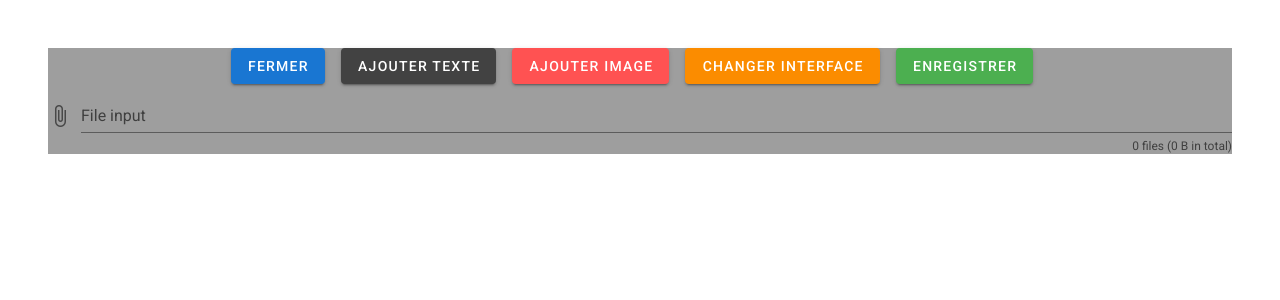
Repository: Hamagistral/BannerApp-Vue
Page: /#/dynamicPage
These files come from the project's save history. The page is drawn as it stood at one moment and after a run of saves; the edit follows.
The browser window is 1280 px wide. The pictures show the whole page.
The project was rebuilt for these pictures with package versions that can differ from the ones it lists, and the page was loaded fresh each time. Also part of the build but not shown: vue.config.js, src/components/WidgetText.vue, src/components/WidgetImage.vue, src/components/Home.vue.

Above is the page before, as saved 2023-02-07 01:37:49.

### public/index.html
<!DOCTYPE html>
<html lang="en">
  <head>
    <meta charset="utf-8">
    <meta http-equiv="X-UA-Compatible" content="IE=edge">
    <meta name="viewport" content="width=device-width,initial-scale=1.0">
    <link rel="icon" href="<%= BASE_URL %>favicon.ico">
    <title>Banner App</title>
    <link rel="stylesheet" href="https://fonts.googleapis.com/css?family=Roboto:100,300,400,500,700,900">
    <link rel="stylesheet" href="https://cdn.jsdelivr.net/npm/@mdi/font@latest/css/materialdesignicons.min.css">
  </head>
  <body>
    <noscript>
      <strong>We're sorry but Banner App doesn't work properly without JavaScript enabled. Please enable it to continue.</strong>
    </noscript>
    <div id="app"></div>
    <!-- built files will be auto injected -->
  </body>
</html>

### src/App.vue
<template>
  <v-app>
    <v-main>
      <v-container class="pa-12" fluid>
        <router-view align="center" justify="center" ></router-view>
      </v-container>
    </v-main>
  </v-app>
</template>

<script>

export default {
  name: "App",
  components: {},
};
</script>

### src/router/index.js
import Vue from 'vue'
import VueRouter from 'vue-router'
import DynamicPage from '../components/DynamicPage'
import Home from "../components/Home";

Vue.use(VueRouter)

const routes = [
  {
    path: '/',
    name: 'home',
    component: Home
  },
  {
    path: '/dynamicPage',
    name: 'dynamicPage',
    component: DynamicPage
  },

]
const router = new VueRouter({
  routes
})

export default router

### src/components/DynamicPage.vue
<template>
  <div>
    <template>
      <v-form class="grey" ref="form" v-model="valid" lazy-validation>
        <v-btn color="primary" class="mr-4" @click="addImage()">
          Fermer
        </v-btn>

        <v-btn color="secondary" class="mr-4" @click="addMore()">
          Ajouter Texte
        </v-btn>

        <v-btn color="error" class="mr-4" @click="addImage()">
          Ajouter Image
        </v-btn>

        <v-btn color="warning" class="mr-4" @click="addImage()">
          Changer Interface
        </v-btn>

        <v-btn color="success" class="mr-4" @click="addImage()">
          Enregistrer
        </v-btn>


        <template>
          <v-file-input
            show-size
            counter
            multiple
            label="File input"
            v-model="chosenFile"
          ></v-file-input>
        </template>
      </v-form>
    </template>

    <div v-for="(course, index) in courses" :key="`text-${index}`">
      <WidgetText></WidgetText>
    </div>
    <div v-for="(file, index) in previewImages" :key="`image-${index}`">
      <WidgetImage :previews="file" vif="file"></WidgetImage>
    </div>
  </div>
</template>

<script>
import WidgetText from "./WidgetText";
import WidgetImage from "./WidgetImage";

export default {
  name: "dynamicPage",
  components: {
    WidgetText,
    WidgetImage,
  },
  props: {
    msg: String,
  },
  data() {
    return {
      chosenFile: null,
      valid: false,
      /*n ' est pas utilise*/
      preview: [
        {
          name: "AAA.jpg",
          chosenFile: "yasser",
        },
      ],
      /*---*/
      previewImages: [],
      courses: 0,
    };
  },
  watch: {
    chosenFile: {
      handler(nw, od) {
        console.log(nw);
      },
      deep: true,
    },
  },
  methods: {
    clean() {
      this.chosenFile = null;
    },
    addMore() {
      this.courses += 1;
    },
    addImage() {
      if(this.chosenFile) {
      this.previewImages.push(...this.chosenFile);
      this.clean();
      } else {
        alert('Erreur, Veuillez choisir !')
      }
    },
  },
};
</script>

Loaded but not shown: src/main.js (common file); src/store/index.js (common file); src/plugins/vuetify.js (common file)

After the next 2 saves:
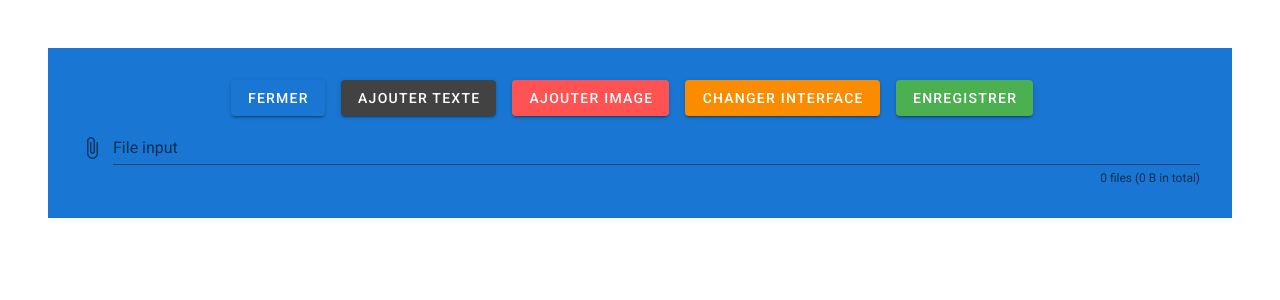
The 2 saves are shown as one change because they came seconds apart.
The last was saved 9 s later.
--- a/src/components/DynamicPage.vue
+++ b/src/components/DynamicPage.vue
@@ -1,7 +1,7 @@
 <template>
   <div>
     <template>
-      <v-form class="grey" ref="form" v-model="valid" lazy-validation>
+      <v-form class="primary pa-8" ref="form" v-model="valid" lazy-validation>
         <v-btn color="primary" class="mr-4" @click="addImage()">
           Fermer
         </v-btn>
